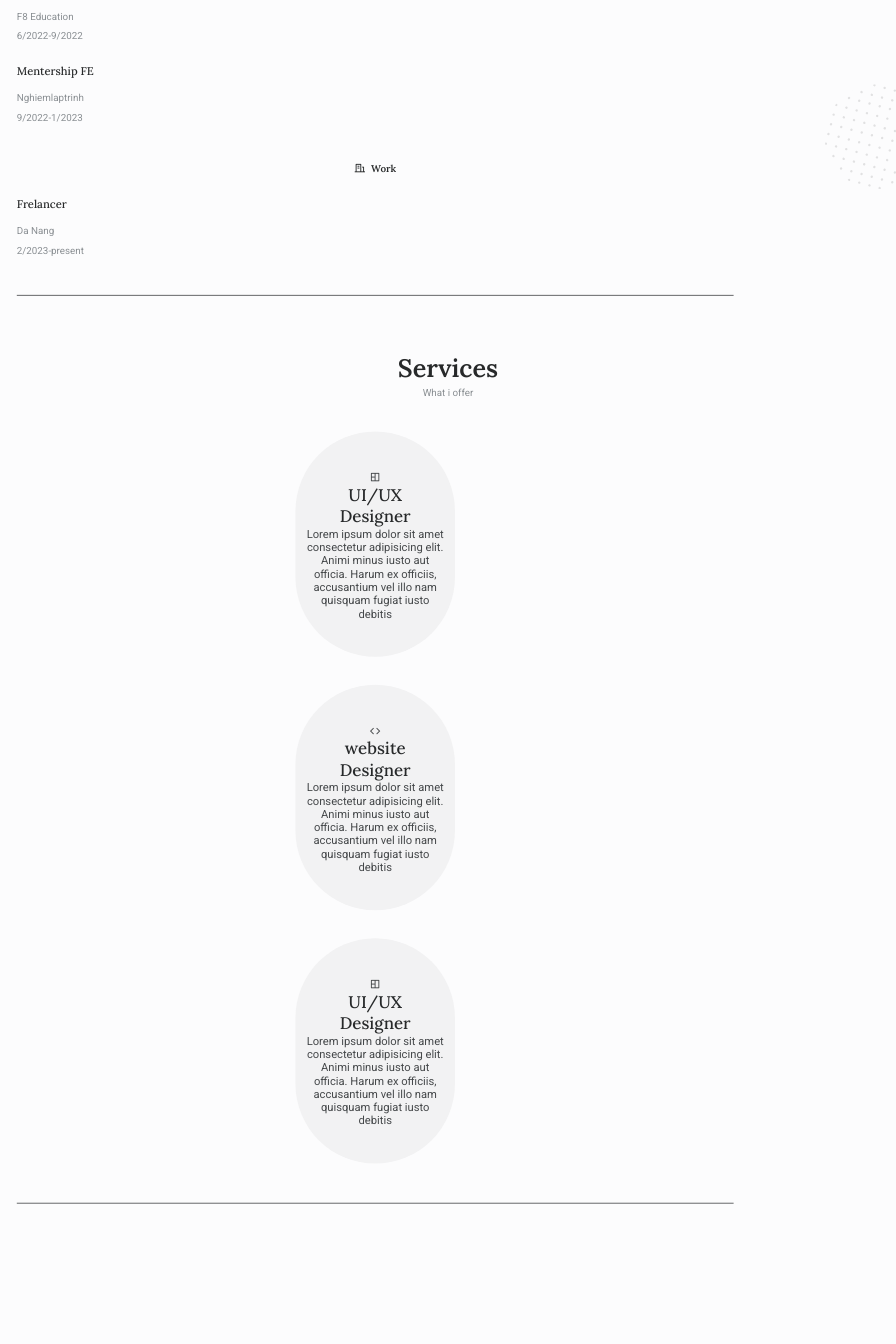
Repository: hnguyeng/myportfoliohongnguyen
Page: index.html
An editor plug-in stored every save of this project. The page is shown before and after the next save, followed by the edit.
The browser window is 1280 px wide. The pictures show the part of the page from y = 3545 to 5465 px (the page is 5465 px tall), at 70% of full size.
Some web libraries are served in a nearby version.

Above is the page before, as saved 2023-07-19 22:20:16.

After the next save:
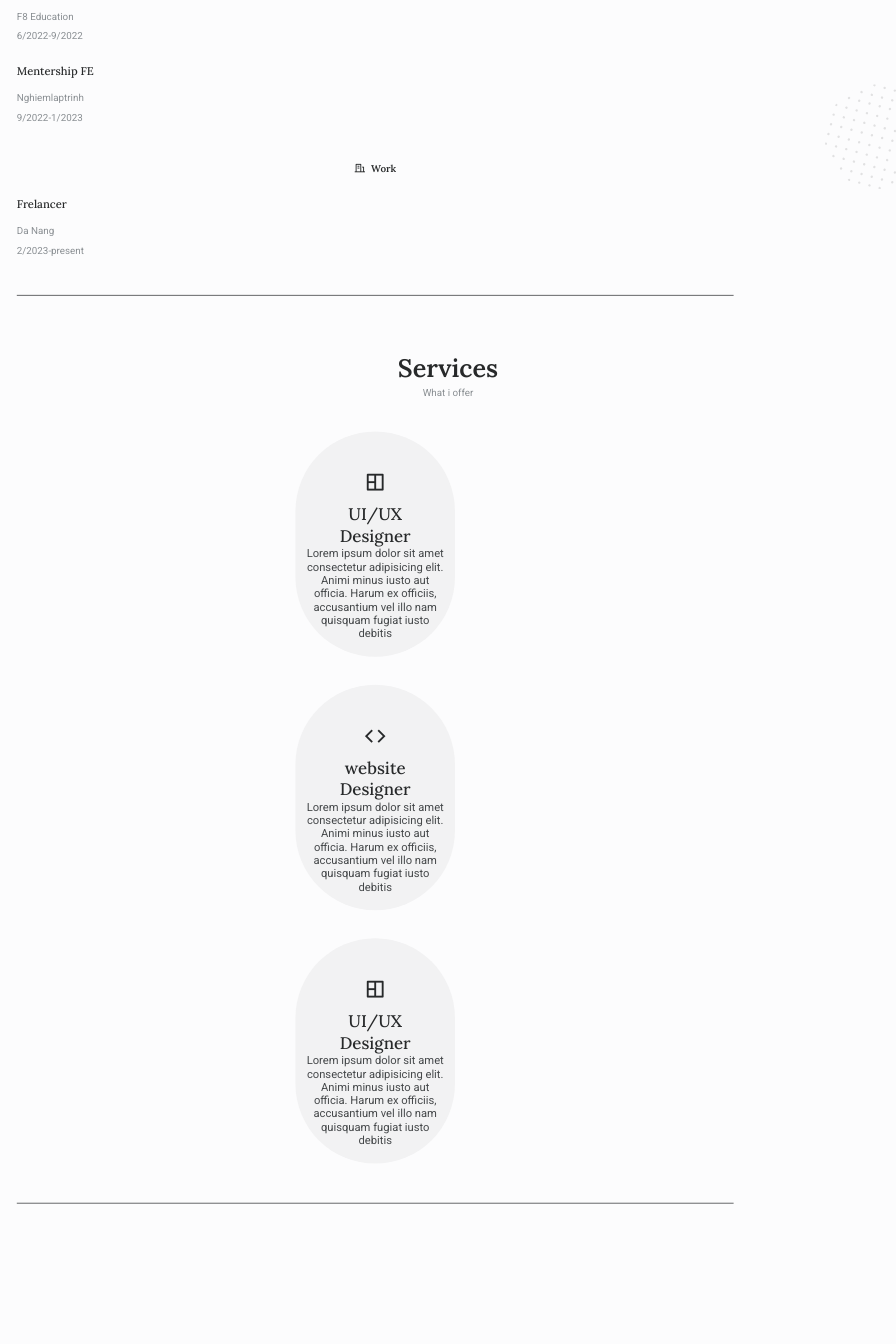
Saved 3 min 42 s later.
--- a/assets/css/style.css
+++ b/assets/css/style.css
@@ -410,3 +410,10 @@ img{
     padding: 3.5rem 1rem;
     border-radius: 7.25rem;
 }
+.services__card i{
+    font-size: 2rem;
+    display: block;
+    color: var(--title-color);
+    margin-bottom: .75rem;
+    transition: transform .8s;
+}
